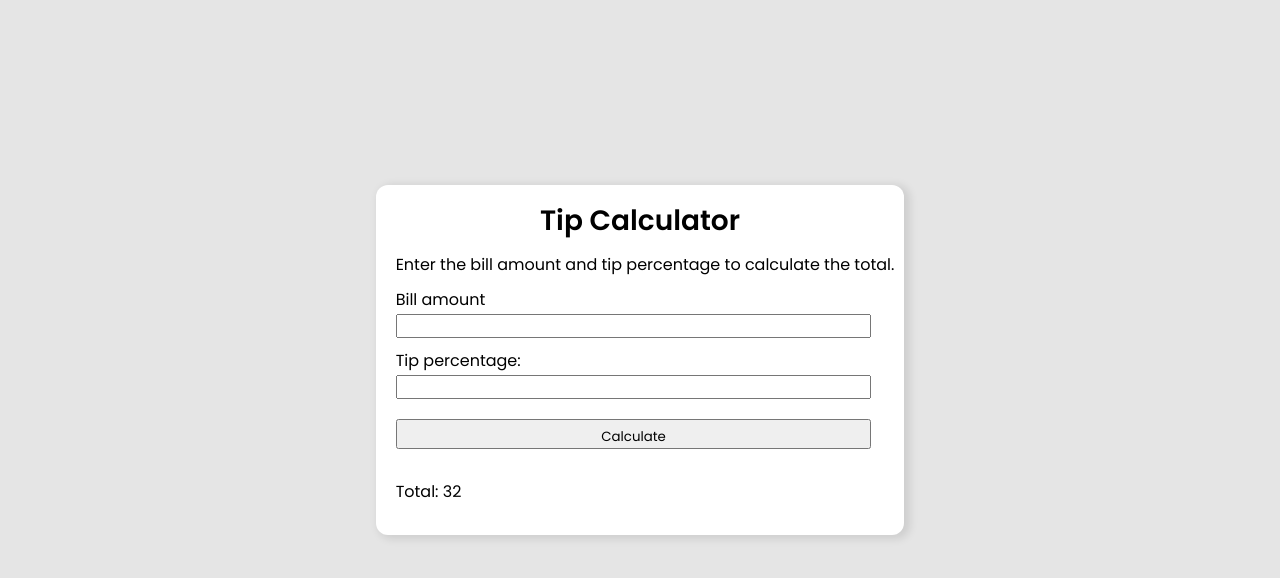
Repository: Ankitkr2021/Tip-Calculator
Page: index.html
These files come from the project's save history. The page is drawn as it stood at one moment and after the next save; the edit follows.
The browser window is 1280 px wide. The pictures show the whole page.

Above is the page before, as saved 2025-10-27 10:55:38.

After the next save:
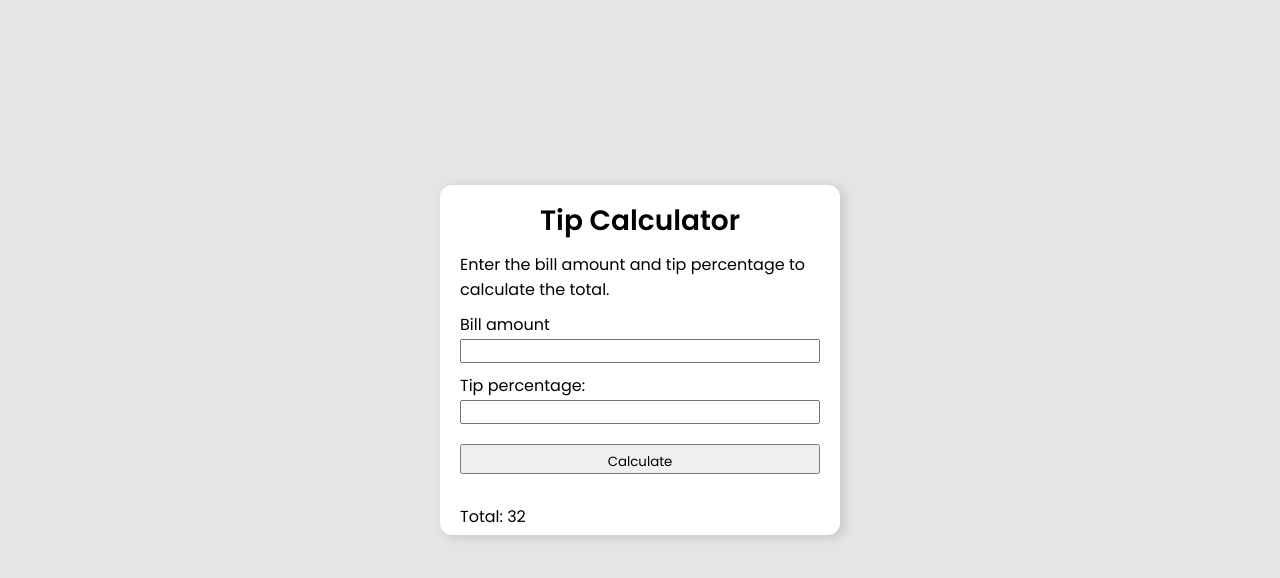
Saved 16 s later.
--- a/style.css
+++ b/style.css
@@ -19,6 +19,7 @@ body {
 .box {
     background: #fff;
     height: 350px;
+    width: 400px;
     box-shadow: 4px 2px 8px 2px rgba(0,0,0,0.1);
     border-radius: 12px;
 }
